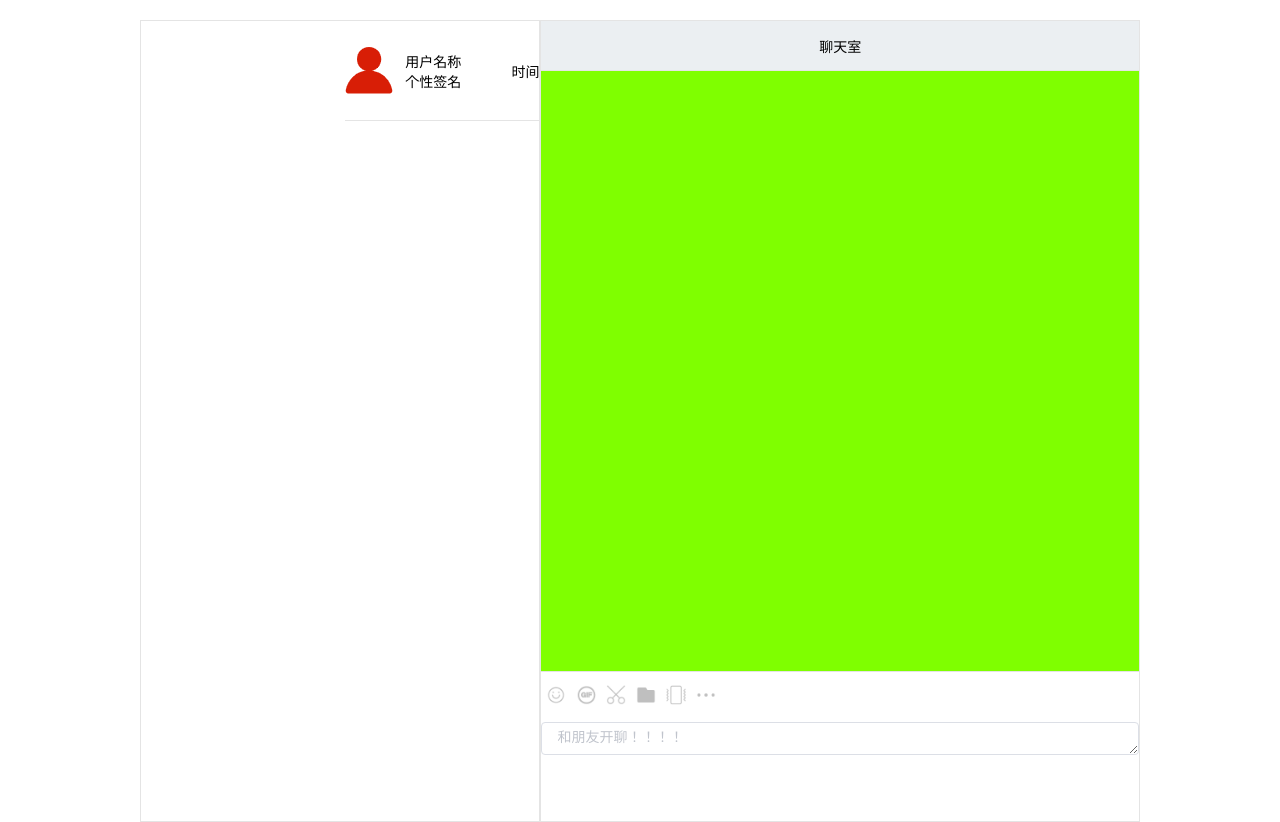
Repository: jinggegeZ/livechat
Page: /
The author's editor kept a copy of each file at every save. The page is drawn from the files as they stood at one save, then again after the next save.
The browser window is 1280 px wide. The pictures show the whole page.
The project was rebuilt for these pictures with package versions that can differ from the ones it lists, and the page was loaded fresh each time.

Above is the page before, as saved 2020-08-17 12:58:17.

After the next save:
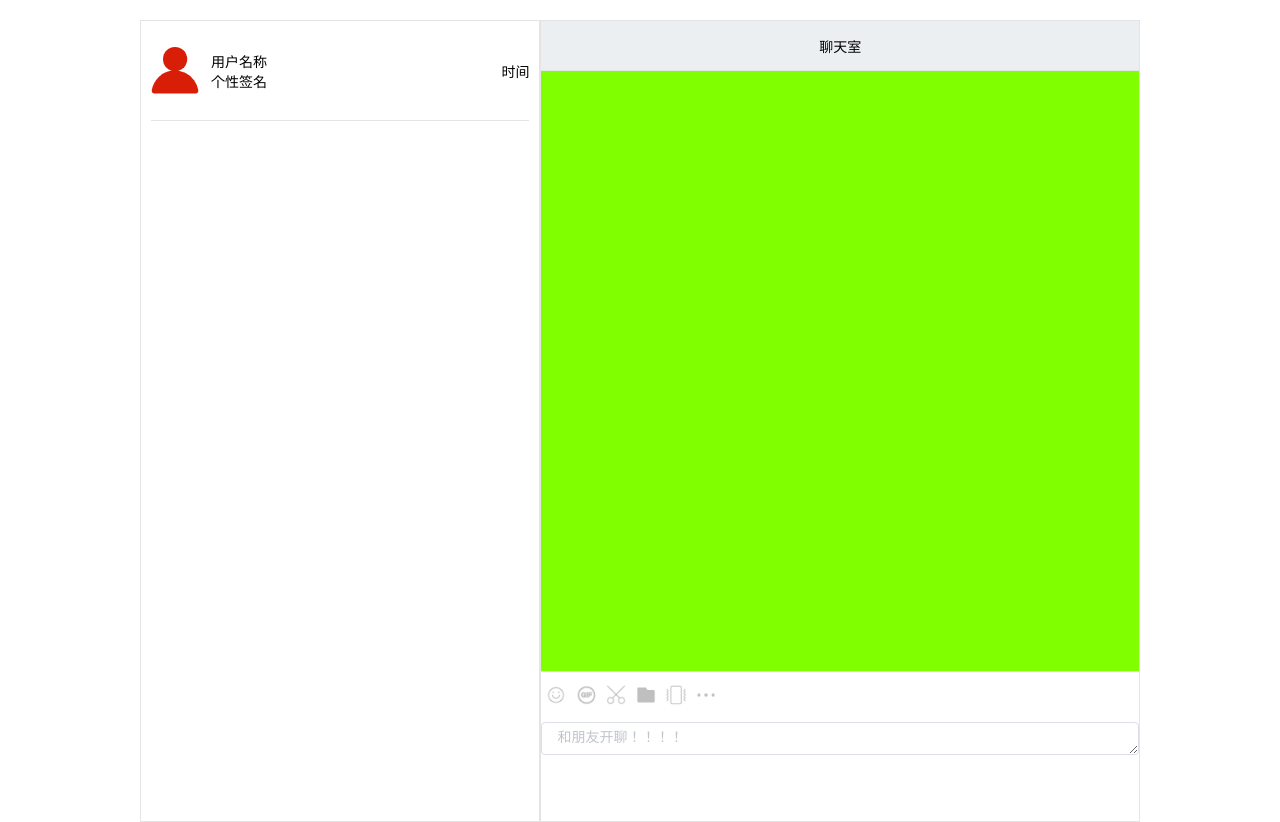
Saved 17 s later.
--- a/src/views/Home.vue
+++ b/src/views/Home.vue
@@ -5,7 +5,7 @@
         <!-- 用户信息 -->
         <div class="box1">
         <!-- 搜索用户名字 -->
-        <div class="boxsearch"></div>
+        <!-- <div class="boxsearch"></div> -->
         <!-- 信息盒子 -->
           <div class="box1-1">
             <div class="box1-1-1">
